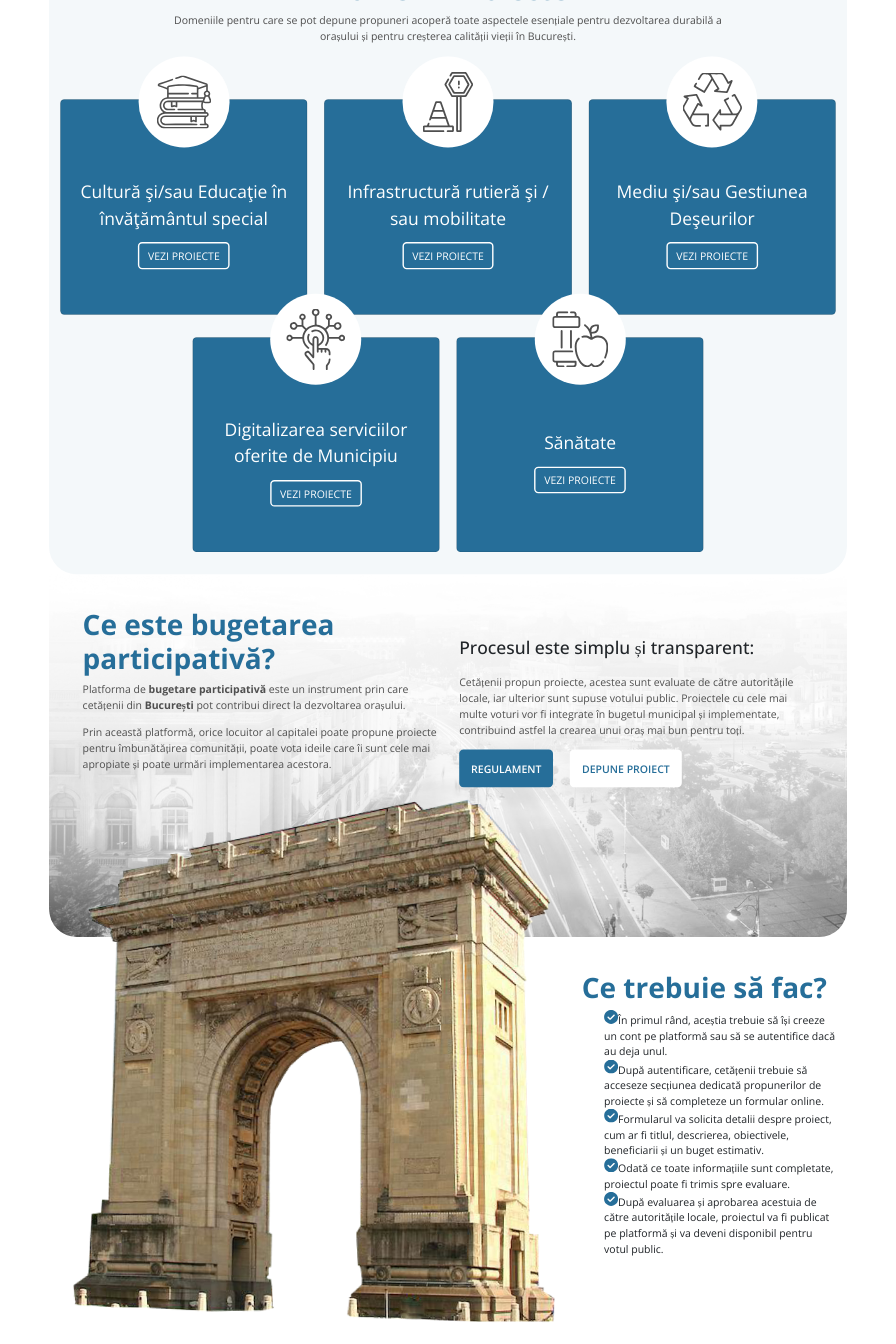
Repository: cosmin05072018/webis-task
Page: index.html
An editor plug-in stored every save of this project. The page is shown before and after the next save, followed by the edit.
The browser window is 1280 px wide. The pictures show the part of the page from y = 1284 to 3204 px (the page is 3204 px tall), at 70% of full size.

Above is the page before, as saved 2024-10-06 14:16:11.

After the next save:
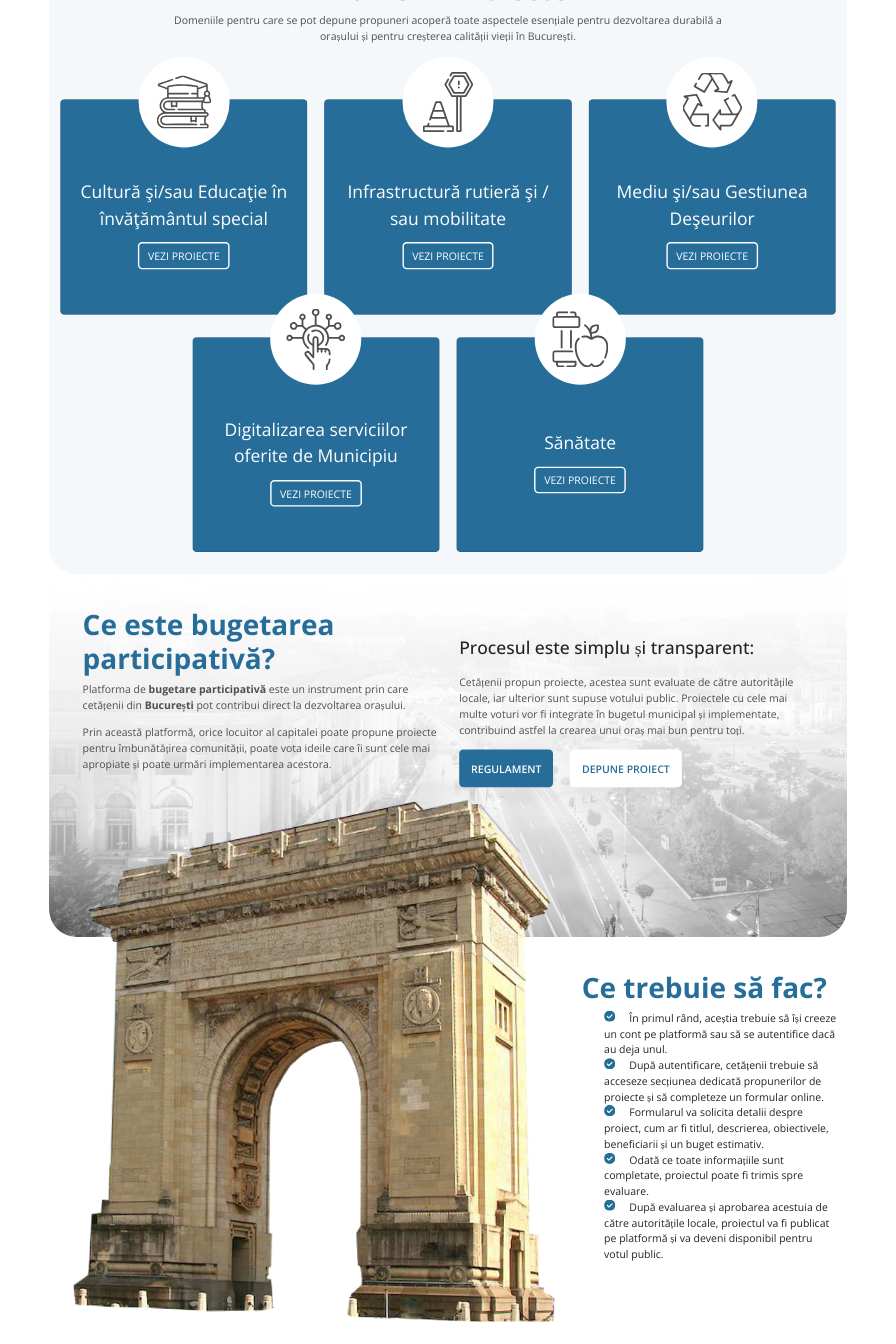
Saved 11 s later.
--- a/assets/css/style.css
+++ b/assets/css/style.css
@@ -398,7 +398,7 @@
   background-image: url('/assets/images/checked.svg');
   content: '';
   display: inline-block;
-  padding: 10px;
+  margin-right: 20px;
 }
 
 @media (max-width: 1200px) {
